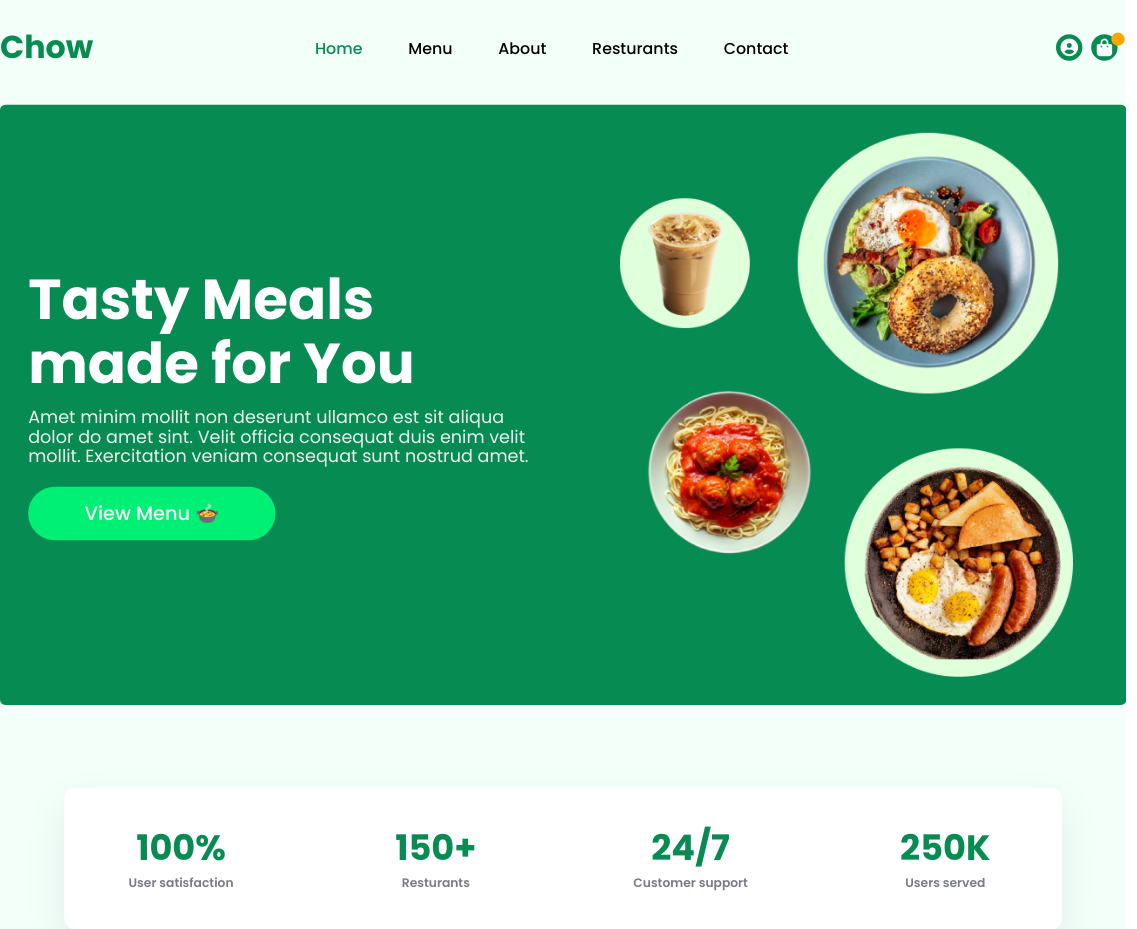
Repository: nguyennam1029/balbal
Page: index.html
These files come from the project's save history. The page is drawn as it stood at one moment and after the next save; the edit follows.
The browser window is 1280 px wide. The page is 1280 px wide, then 1292 px, so the pictures cover 1292 px, including what lies to the right of the window. The pictures show the whole page, at 88% of full size.
Some web libraries are served in a nearby version.

Above is the page before, as saved 2022-07-01 17:50:33.

After the next save:
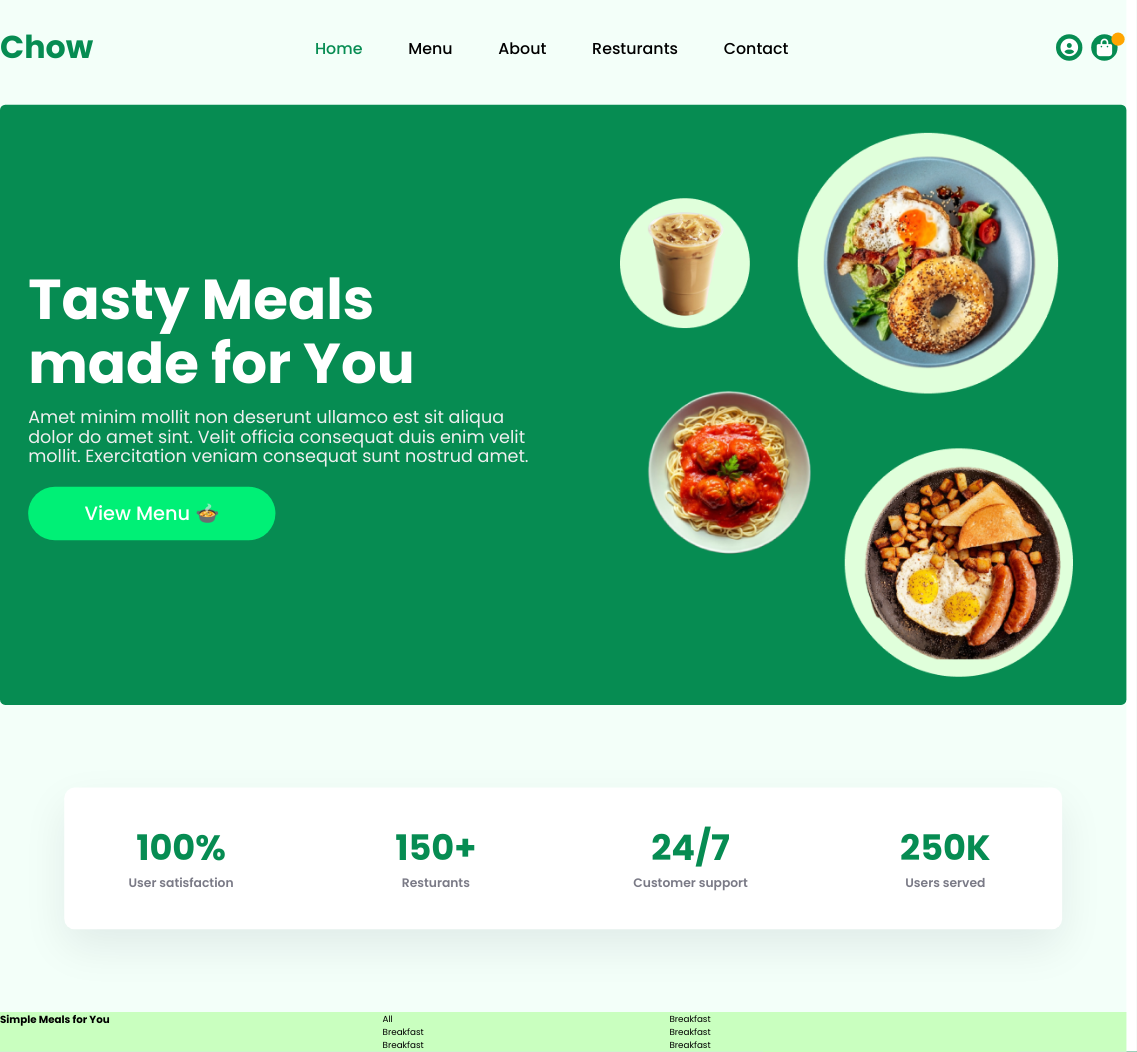
Saved 8 min 8 s later.
--- a/index.html
+++ b/index.html
@@ -101,7 +101,24 @@
         </div>
       </div>
       <div class="content">
-        <div class="grid wide"></div>
+        <div class="grid wide">
+          <div class="row">
+            <div class="col l-4 m-4 c-12">
+              <h3 class="product-heading">Simple Meals for You</h3>
+            </div>
+            <div class="col l-6 m-6 c-12">
+              <ul class="tab-list row">
+                <li class="tab-item active col l-2 m-4 l-6">All</li>
+                <li class="tab-item col l-2 m-4 l-6">Breakfast</li>
+                <li class="tab-item col l-2 m-4 l-6">Breakfast</li>
+                <li class="tab-item col l-2 m-4 l-6">Breakfast</li>
+                <li class="tab-item col l-2 m-4 l-6">Breakfast</li>
+                <li class="tab-item col l-2 m-4 l-6">Breakfast</li>
+              </ul>
+            </div>
+          </div>
+          <div class="product-title"></div>
+        </div>
       </div>
     </div>
   </body>
